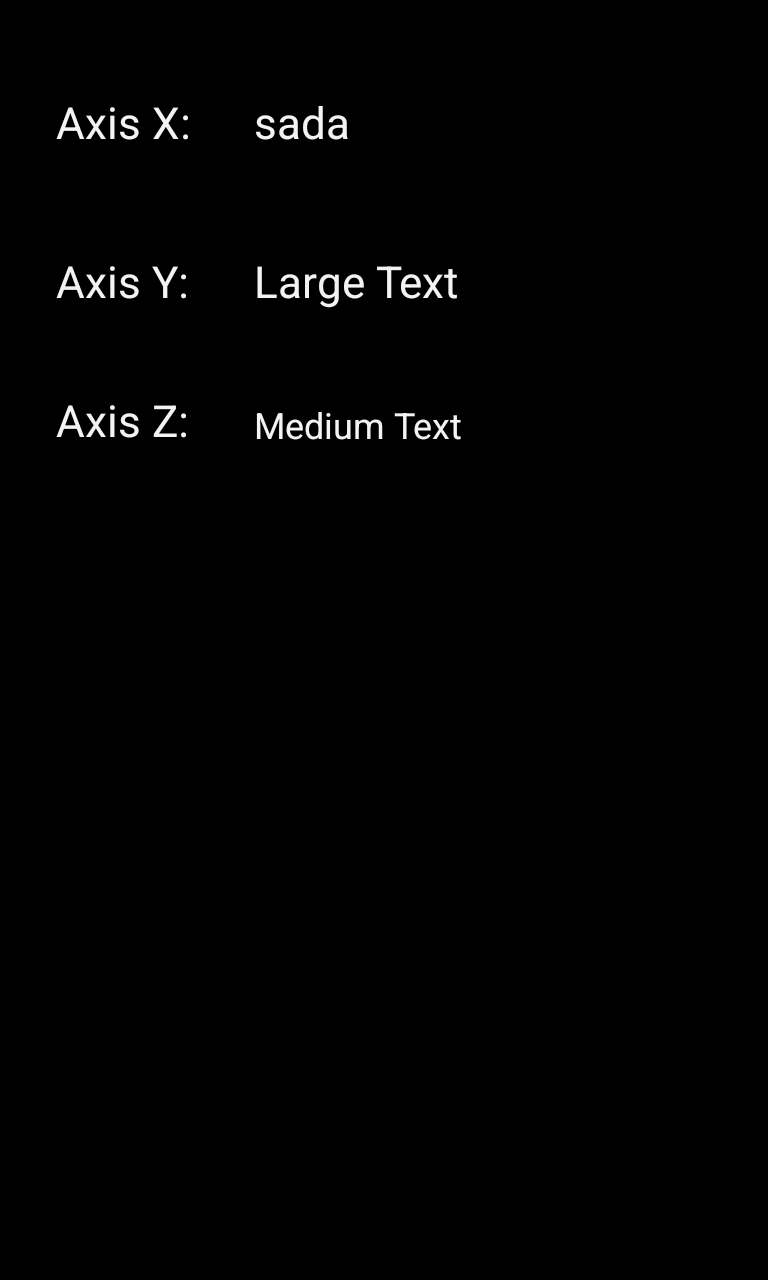
Repository: Amir13/Android_Basic_Steps
Layout: ViewElements5/res/layout/activity_sensor_accelerometer.xml
An editor plug-in stored every save of this project. The layout is shown before and after the next save, followed by the edit.
It is drawn on a 768 x 1280 px phone screen (xhdpi) without system bars, with theme android:Theme.Holo; the app's code is not run.

Above is the layout before, as saved 2014-06-16 01:18:37.

After the next save:
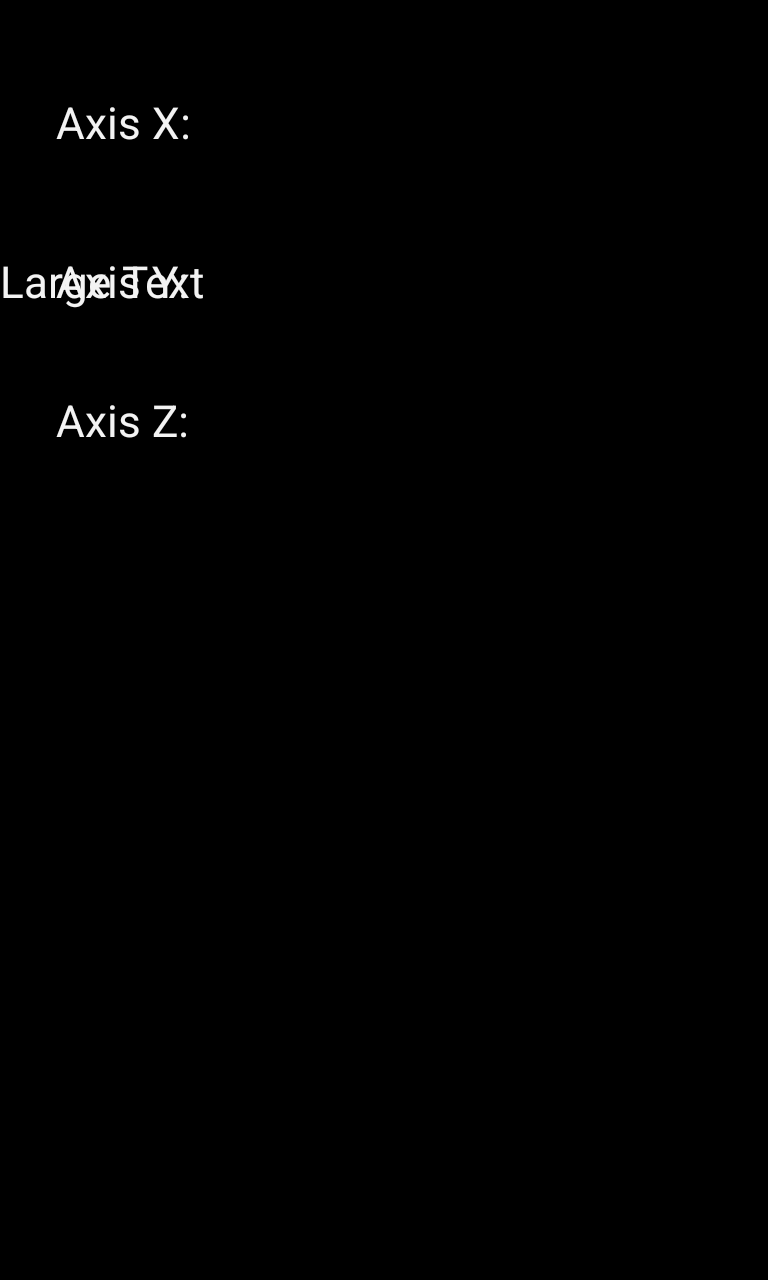
Saved 35 s later.
--- a/ViewElements5/res/layout/activity_sensor_accelerometer.xml
+++ b/ViewElements5/res/layout/activity_sensor_accelerometer.xml
@@ -15,13 +15,13 @@
         android:textAppearance="?android:attr/textAppearanceLarge" />
 
     <TextView
-        android:id="@+id/textView2"
+        android:id="@+id/txtX"
         android:layout_width="wrap_content"
         android:layout_height="wrap_content"
         android:layout_alignBottom="@+id/textView1"
         android:layout_marginLeft="26dp"
         android:layout_toRightOf="@+id/textView1"
-        android:text="sada"
+        android:text=""
         android:textAppearance="?android:attr/textAppearanceLarge" />
 
     <TextView
@@ -35,7 +35,7 @@
         android:textAppearance="?android:attr/textAppearanceLarge" />
 
     <TextView
-        android:id="@+id/textView4"
+        android:id="@+id/txtY"
         android:layout_width="wrap_content"
         android:layout_height="wrap_content"
         android:layout_alignBottom="@+id/textView3"
@@ -54,12 +54,12 @@
         android:textAppearance="?android:attr/textAppearanceLarge" />
 
     <TextView
-        android:id="@+id/textView6"
+        android:id="@+id/txtZ"
         android:layout_width="wrap_content"
         android:layout_height="wrap_content"
         android:layout_alignBottom="@+id/textView5"
         android:layout_alignLeft="@+id/textView4"
-        android:text="Medium Text"
+        android:text=""
         android:textAppearance="?android:attr/textAppearanceMedium" />
 
 </RelativeLayout>
